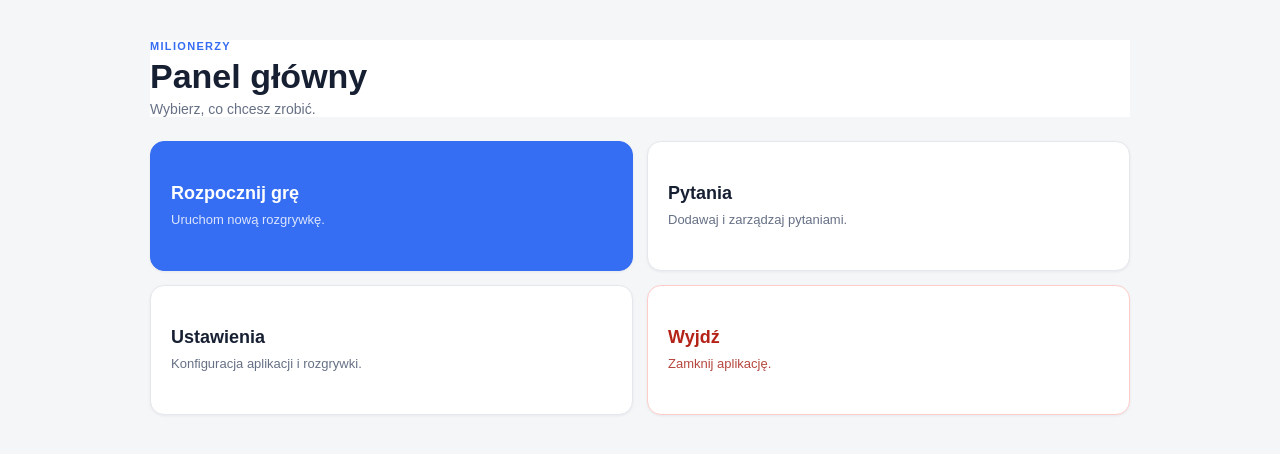
Repository: WaleonGames/HTGMilionerzy
Page: views/index.html
An editor plug-in stored every save of this project. The page is shown before and after the next save, followed by the edit.
The browser window is 1280 px wide. The pictures show the whole page.

Above is the page before, as saved 2026-09-05 19:27:46.

After the next save:
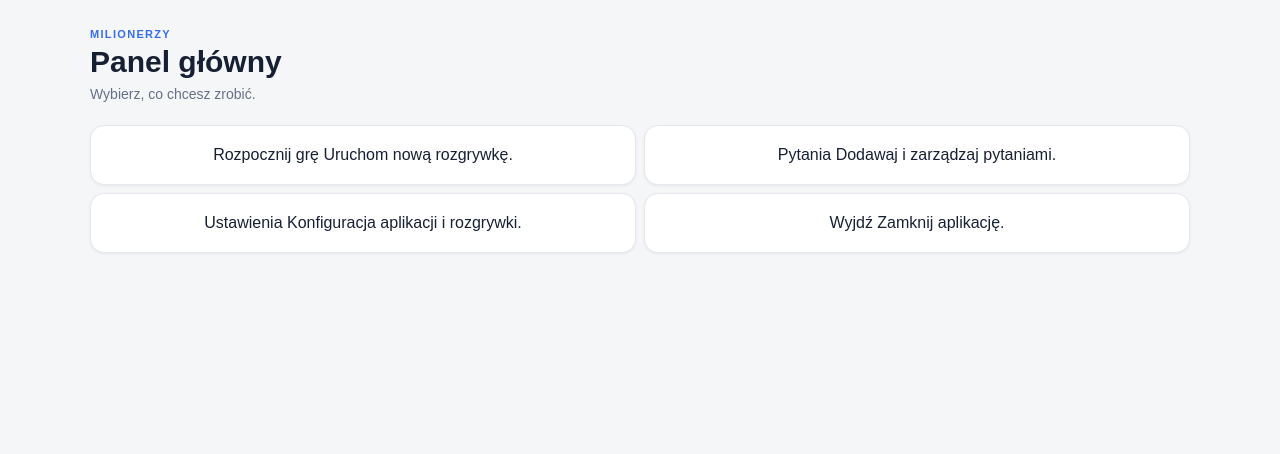
Saved 4 min 44 s later.
--- a/views/index.html
+++ b/views/index.html
@@ -3,73 +3,83 @@
 <head>
   <meta charset="UTF-8">
   <meta name="viewport" content="width=device-width,initial-scale=1.0">
+
   <title>Milionerzy</title>
+
   <link rel="stylesheet" href="../public/css/style.css">
   <link rel="stylesheet" href="../public/css/design.css">
 </head>
 <body>
-  <main class="main-menu">
-    <header class="menu-header">
-      <span class="eyebrow">MILIONERZY</span>
+  <main class="page">
+    <header class="page-header">
+      <div class="page-header-main">
+        <span class="eyebrow">
+          MILIONERZY
+        </span>
 
-      <h1>Panel główny</h1>
+        <h1 class="page-title">
+          Panel główny
+        </h1>
 
-      <p>Wybierz, co chcesz zrobić.</p>
+        <p class="page-description">
+          Wybierz, co chcesz zrobić.
+        </p>
+      </div>
     </header>
 
-    <section class="menu-grid">
+    <section class="grid grid-2">
       <button
         id="startGameButton"
-        class="menu-card menu-card-primary"
+        class="card action-card action-card-primary"
         type="button"
       >
-        <span class="menu-card-title">
+        <span class="action-card-title">
           Rozpocznij grę
         </span>
 
-        <span class="menu-card-description">
+        <span class="action-card-description">
           Uruchom nową rozgrywkę.
         </span>
       </button>
 
       <button
         id="questionsButton"
-        class="menu-card"
+        class="card action-card"
         type="button"
       >
-        <span class="menu-card-title">
+        <span class="action-card-title">
           Pytania
         </span>
 
-        <span class="menu-card-description">
+        <span class="action-card-description">
           Dodawaj i zarządzaj pytaniami.
         </span>
       </button>
 
       <button
         id="settingsButton"
-        class="menu-card"
+        class="card action-card"
         type="button"
       >
-        <span class="menu-card-title">
+        <span class="action-card-title">
           Ustawienia
         </span>
 
-        <span class="menu-card-description">
+        <span class="action-card-description">
           Konfiguracja aplikacji i rozgrywki.
         </span>
       </button>
 
       <button
         id="exitButton"
-        class="menu-card menu-card-danger"
+        class="card action-card action-card-danger"
         type="button"
       >
-        <span class="menu-card-title">
+        <span class="action-card-title">
           Wyjdź
         </span>
 
-        <span class="menu-card-description">
+        <span class="action-card-description">
           Zamknij aplikację.
         </span>
       </button>
